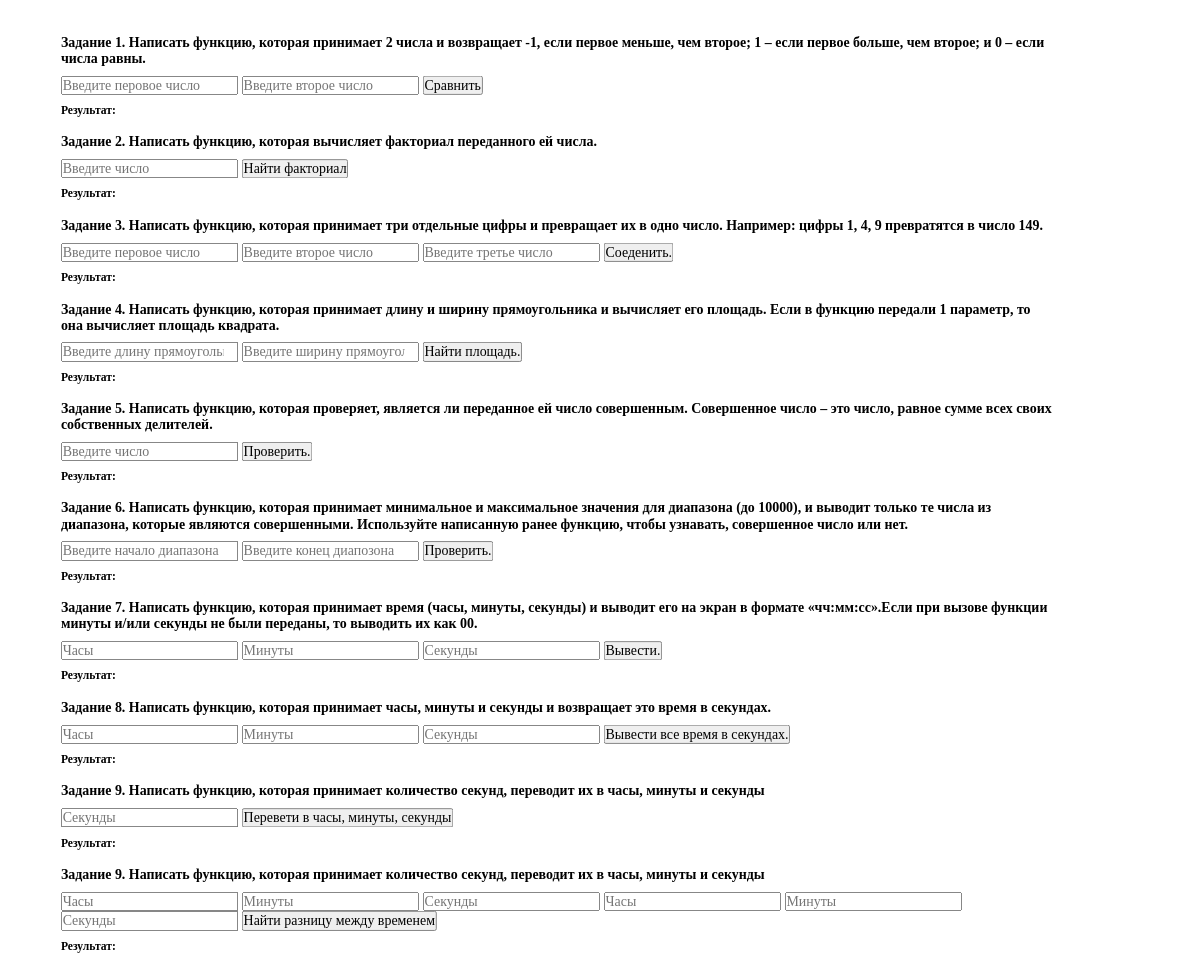
Repository: NastyaGavrilova/Beetroot-js
Page: HW3/index.html
These files come from the project's save history. The page is drawn as it stood at one moment and after the next save; the edit follows.
The browser window is 1280 px wide. The page is 1280 px wide, then 1364 px, so the pictures cover 1364 px, including what lies to the right of the window. The pictures show the whole page, at 87% of full size.

Above is the page before, as saved 2021-10-18 18:36:29.

### HW3/index.html
<!DOCTYPE html>
<html lang="en">
  <head>
    <meta charset="UTF-8" />
    <meta http-equiv="X-UA-Compatible" content="IE=edge" />
    <meta name="viewport" content="width=device-width, initial-scale=1.0" />
    <link
      rel="stylesheet"
      href="https://cdnjs.cloudflare.com/ajax/libs/normalize/8.0.1/normalize.min.css"
      integrity="sha512-NhSC1YmyruXifcj/KFRWoC561YpHpc5Jtzgvbuzx5VozKpWvQ+4nXhPdFgmx8xqexRcpAglTj9sIBWINXa8x5w=="
      crossorigin="anonymous"
      referrerpolicy="no-referrer"
    />
    <link rel="stylesheet" href="./index.css" />
    <title>Functions</title>
  </head>
  <body>
    <section class="c-task-one">
      <h4 class="c-task-one__title c-title">
        Задание 1. Написать функцию, которая принимает 2 числа и возвращает -1,
        если первое меньше, чем второе; 1 – если первое больше, чем второе; и 0
        – если числа равны.
      </h4>
      <form
        action="#"
        method="post"
        class="c-task-one__form c-form"
        id="js-task1-form"
      >
        <input
          type="number"
          id="js-task1-input1"
          placeholder="Введите перовое число"
        />
        <input
          type="number"
          id="js-task1-input2"
          placeholder="Введите второе число"
        />
        <button id="js-task1-btn">Сравнить</button>
      </form>
      <h5>Результат: <span id="js-task1-span"></span></h5>
    </section>

    <section class="c-task-two c-tasks">
      <h4 class="c-task-two__title c-title">
        Задание 2. Написать функцию, которая вычисляет факториал переданного ей
        числа.
      </h4>
      <form
        action="#"
        method="post"
        class="c-task-two__form c-form"
        id="js-task2-form"
      >
        <input type="number" id="js-task2-input1" placeholder="Введите число" />
        <button id="js-task2-btn">Найти факториал</button>
      </form>
      <h5>Результат: <span id="js-task2-span"></span></h5>
    </section>

    <section class="c-task-three c-tasks">
      <h4 class="c-task-third__title c-title">
        Задание 3. Написать функцию, которая принимает три отдельные цифры и
        превращает их в одно число. Например: цифры 1, 4, 9 превратятся в число
        149.
      </h4>
      <form
        action="#"
        method="post"
        class="c-task-two__form c-form"
        id="js-task3-form c-form"
      >
        <input
          type="number"
          id="js-task3-input1"
          placeholder="Введите перовое число"
        />
        <input
          type="number"
          id="js-task3-input2"
          placeholder="Введите второе число"
        />
        <input
          type="number"
          id="js-task3-input3"
          placeholder="Введите третье число"
        />
        <button id="js-task3-btn">Соеденить.</button>
      </form>
      <h5>Результат: <span id="js-task3-span"></span></h5>
    </section>

    <section class="c-task-four c-tasks">
      <h4 class="c-task-four__title c-title">
        Задание 4. Написать функцию, которая принимает длину и ширину
        прямоугольника и вычисляет его площадь. Если в функцию передали 1
        параметр, то она вычисляет площадь квадрата.
      </h4>
      <form
        action="#"
        method="post"
        class="c-task-four__form c-form"
        id="js-task4-form"
      >
        <input
          type="number"
          id="js-task4-input1"
          placeholder="Введите длину прямоугольника"
        />
        <input
          type="number"
          id="js-task4-input2"
          placeholder="Введите ширину прямоугольника"
        />
        <button id="js-task4-btn">Найти площадь.</button>
      </form>
      <h5>Результат: <span id="js-task4-span"></span></h5>
    </section>

    <section class="c-task-five c-tasks">
      <h4 class="c-task-five__title c-title">
        Задание 5. Написать функцию, которая проверяет, является ли переданное
        ей число совершенным. Совершенное число – это число, равное сумме всех
        своих собственных делителей.
      </h4>
      <form
        action="#"
        method="post"
        class="c-task-five__form c-form"
        id="js-task5-form"
      >
        <input type="number" id="js-task5-input1" placeholder="Введите число" />
        <button id="js-task5-btn">Проверить.</button>
      </form>
      <h5>Результат: <span id="js-task5-span"></span></h5>
    </section>

    <section class="c-task-six c-tasks">
      <h4 class="c-task-six__title c-title">
        Задание 6. Написать функцию, которая принимает минимальное и
        максимальное значения для диапазона (до 10000), и выводит только те
        числа из диапазона, которые являются совершенными. Используйте
        написанную ранее функцию, чтобы узнавать, совершенное число или нет.
      </h4>
      <form
        action="#"
        method="post"
        class="c-task-six__form c-form"
        id="js-task6-form"
      >
        <input
          type="number"
          id="js-task6-input1"
          placeholder="Введите начало диапазона"
        />
        <input
          type="number"
          id="js-task6-input2"
          placeholder="Введите конец диапозона"
        />
        <button id="js-task6-btn">Проверить.</button>
      </form>
      <h5>Результат: <span id="js-task6-span"></span></h5>
    </section>

    <section class="c-task-seven c-tasks">
      <h4 class="c-task-seven__title c-title">
        Задание 7. Написать функцию, которая принимает время (часы, минуты,
        секунды) и выводит его на экран в формате «чч:мм:сс».Если при вызове
        функции минуты и/или секунды не были переданы, то выводить их как 00.
      </h4>
      <form
        action="#"
        method="post"
        class="c-task-seven__form c-form"
        id="js-task7-form"
      >
        <input type="number" id="js-task7-input1" placeholder="Часы" />
        <input type="number" id="js-task7-input2" placeholder="Минуты" />
        <input type="number" id="js-task7-input3" placeholder="Секунды" />
        <button id="js-task7-btn">Вывести.</button>
      </form>
      <h5>Результат: <span id="js-task7-span"></span></h5>
    </section>

    <section class="c-task-eight c-tasks">
      <h4 class="c-task-eight__title c-title">
        Задание 8. Написать функцию, которая принимает часы, минуты и секунды и
        возвращает это время в секундах.
      </h4>
      <form
        action="#"
        method="post"
        class="c-task-eight__form c-form"
        id="js-task8-form"
      >
        <input type="number" id="js-task8-input1" placeholder="Часы" />
        <input type="number" id="js-task8-input2" placeholder="Минуты" />
        <input type="number" id="js-task8-input3" placeholder="Секунды" />
        <button id="js-task8-btn">Вывести все время в секундах.</button>
      </form>
      <h5>Результат: <span id="js-task8-span"></span></h5>
    </section>
    <section class="c-task-nine c-tasks">
      <h4 class="c-task-nine__title c-title">
        Задание 9. Написать функцию, которая принимает количество секунд,
        переводит их в часы, минуты и секунды
      </h4>
      <form
        action="#"
        method="post"
        class="c-task-nine__form c-form"
        id="js-task9-form"
      >
        <input type="number" id="js-task9-input1" placeholder="Секунды" />
        <button id="js-task9-btn">Перевети в часы, минуты, секунды</button>
      </form>
      <h5>Результат: <span id="js-task9-span"></span></h5>
    </section>

    <section class="c-task-ten c-tasks">
      <h4 class="c-task-ten__title c-title">
        Задание 9. Написать функцию, которая принимает количество секунд,
        переводит их в часы, минуты и секунды
      </h4>
      <form
        action="#"
        method="post"
        class="c-task-ten__form c-form"
        id="js-task10-form"
      >
        <input type="number" id="js-task10-input1" placeholder="Часы" />
        <input type="number" id="js-task10-input2" placeholder="Минуты" />
        <input type="number" id="js-task10-input3" placeholder="Секунды" />
        <input type="number" id="js-task10-input4" placeholder="Часы" />
        <input type="number" id="js-task10-input5" placeholder="Минуты" />
        <input type="number" id="js-task10-input6" placeholder="Секунды" />
        <button id="js-task10-btn">Найти разницу между временем</button>
      </form>
      <h5>Результат: <span id="js-task10-span"></span></h5>
    </section>
    <script src="./index.js"></script>
  </body>
</html>

### HW3/index.css
* {
  box-sizing: border-box;
  padding: 0;
  margin: 0;
}

body {
  max-width: 1200px;
  margin: 0 auto;
}
.c-task-one {
  padding: 40px 30px 20px 30px;
}

.c-tasks {
  padding: 0 30px 20px 30px;
}
.c-title {
  margin-bottom: 10px;
}
.c-form {
  margin-bottom: 10px;
}

### HW3/index.js
// const log = console.log;
// Task 1
let btn1 = document.getElementById("js-task1-btn");
btn1.addEventListener("click", (e) => {
  e.preventDefault();
  let task = document.getElementById("js-task1-input1");
  let task1 = document.getElementById("js-task1-input2");
  let span1 = document.getElementById("js-task1-span");
  let one = 1;
  let minusOne = -1;
  let zero = 0;
  if (task.value < task1.value) {
    return (span1.innerHTML = minusOne);
  } else if (task.value > task1.value) {
    return (span1.innerHTML = one);
  } else if (task.value == task1.value) {
    return (span1.innerHTML = zero);
  }
});

// task 2
let btn2 = document.getElementById("js-task2-btn");
btn2.addEventListener("click", (e) => {
  e.preventDefault();
  let task2 = document.getElementById("js-task2-input1");
  let span2 = document.getElementById("js-task2-span");
  let total = 1;
  for (i = task2.value; i > 1; i--) {
    total *= i;
  }
  return (span2.innerHTML = total);
});

// task 3
let btn3 = document.getElementById("js-task3-btn");
btn3.addEventListener("click", (e) => {
  e.preventDefault();
  let task3 = document.getElementById("js-task3-input1");
  let task3_1 = document.getElementById("js-task3-input2");
  let task3_2 = document.getElementById("js-task3-input3");
  let span3 = document.getElementById("js-task3-span");
  if (isNaN(task3.value, task3_1.value, task3_2.value)) {
    return (span3.innerHTML = "Введеное число не цифра");
  }
  return (span3.innerHTML = `${task3.value}${task3_1.value}${task3_2.value}`);
});

// task 4

let btn4 = document.getElementById("js-task4-btn");
btn4.addEventListener("click", (e) => {
  e.preventDefault();
  let task4 = document.getElementById("js-task4-input1");
  let task4_1 = document.getElementById("js-task4-input2");
  let span4 = document.getElementById("js-task4-span");
  let result;
  if (task4.value != "" && task4_1.value != "") {
    result = task4.value * task4_1.value;
    return (span4.innerHTML = result);
  } else if (task4.value != "" && task4_1.value == "") {
    result = Math.pow(task4.value, 2);
    return (span4.innerHTML = result);
  } else if (task4.value == "" && task4_1.value != "") {
    result = Math.pow(task4_1.value, 2);
    return (span4.innerHTML = result);
  }
});

// task 5

btn5 = document.getElementById("js-task5-btn");
btn5.addEventListener("click", (e) => {
  e.preventDefault();
  let task5 = document.getElementById("js-task5-input1");
  let span5 = document.getElementById("js-task5-span");
  let num = task5.value;
  let sum = 0;
  for (var i = 1; i <= num - 1; i++) {
    if (num % i === 0) {
      sum += i;
    }
  }
  if (sum == num) {
    return (span5.innerHTML = `Число ${num} совершенное`);
  } else {
    return (span5.innerHTML = `Число ${num} не совершенное`);
  }
});

// task 6

let btn6 = document.getElementById("js-task6-btn");
btn6.addEventListener("click", (e) => {
  e.preventDefault();
  let task6 = document.getElementById("js-task6-input1");
  let task6_1 = document.getElementById("js-task6-input2");
  let span6 = document.getElementById("js-task6-span");
  let num6 = task6.value;
  let num6_1 = task6_1.value;
  let result = [];

  for (let i = num6; i < num6_1; i++) {
    sum = 0;
    for (let n = 1; n <= i / 2; n++) {
      if (i % n === 0) sum += n;
    }
    if (i === sum) result.push(i);
  }
  return (span6.innerHTML = result);
});

//task 7

let btn7 = document.getElementById("js-task7-btn");
btn7.addEventListener("click", (e) => {
  e.preventDefault();

  let task7 = document.getElementById("js-task7-input1");
  let task7_1 = document.getElementById("js-task7-input2");
  let task7_2 = document.getElementById("js-task7-input3");
  let span7 = document.getElementById("js-task7-span");

  if (task7.value != "" && task7_1.value != "" && task7_2.value != "") {
    return (span7.innerHTML = `«${task7.value}:${task7_1.value}:${task7_2.value}»`);
  } else if (task7.value != "" && task7_1.value != "" && task7_2.value == "") {
    return (span7.innerHTML = `«${task7.value}:${task7_1.value}:00»`);
  } else if (task7.value != "" && task7_1.value == "" && task7_2.value != "") {
    return (span7.innerHTML = `«${task7.value}:00:${task7_2.value}»`);
  } else if (task7.value != "" && task7_1.value == "" && task7_2.value == "") {
    return (span7.innerHTML = `«${task7.value}:00:00»`);
  }
});

// task 8

let btn8 = document.getElementById("js-task8-btn");
btn8.addEventListener("click", (e) => {
  e.preventDefault();
  let task8 = document.getElementById("js-task8-input1");
  let hour = task8.value;
  let task8_1 = document.getElementById("js-task8-input2");
  let minutes = task8_1.value;
  let task8_2 = document.getElementById("js-task8-input3");
  let sec = task8_2.value;
  let span8 = document.getElementById("js-task8-span");

  let result = hour * 3600 + minutes * 60 + sec * 1;
  console.log(result);
  return (span8.innerHTML = result + " секунд");
});

// 9

let btn9 = document.getElementById("js-task9-btn");
btn9.addEventListener("click", (e) => {
  e.preventDefault();
  let task9 = document.getElementById("js-task9-input1");
  let span9 = document.getElementById("js-task9-span");
  let num9 = Number(task9.value);
  let h = Math.floor(num9 / 3600);
  let m = Math.floor((num9 % 3600) / 60);
  let s = Math.floor((num9 % 3600) % 60);

  let hDisplay = h > 0 ? h + ":" : "";
  let mDisplay = m > 0 ? m + ":" : "";
  let sDisplay = s > 0 ? s : "";

  return (span9.innerHTML = "«" + hDisplay + mDisplay + sDisplay + "»");
});

After the next save:
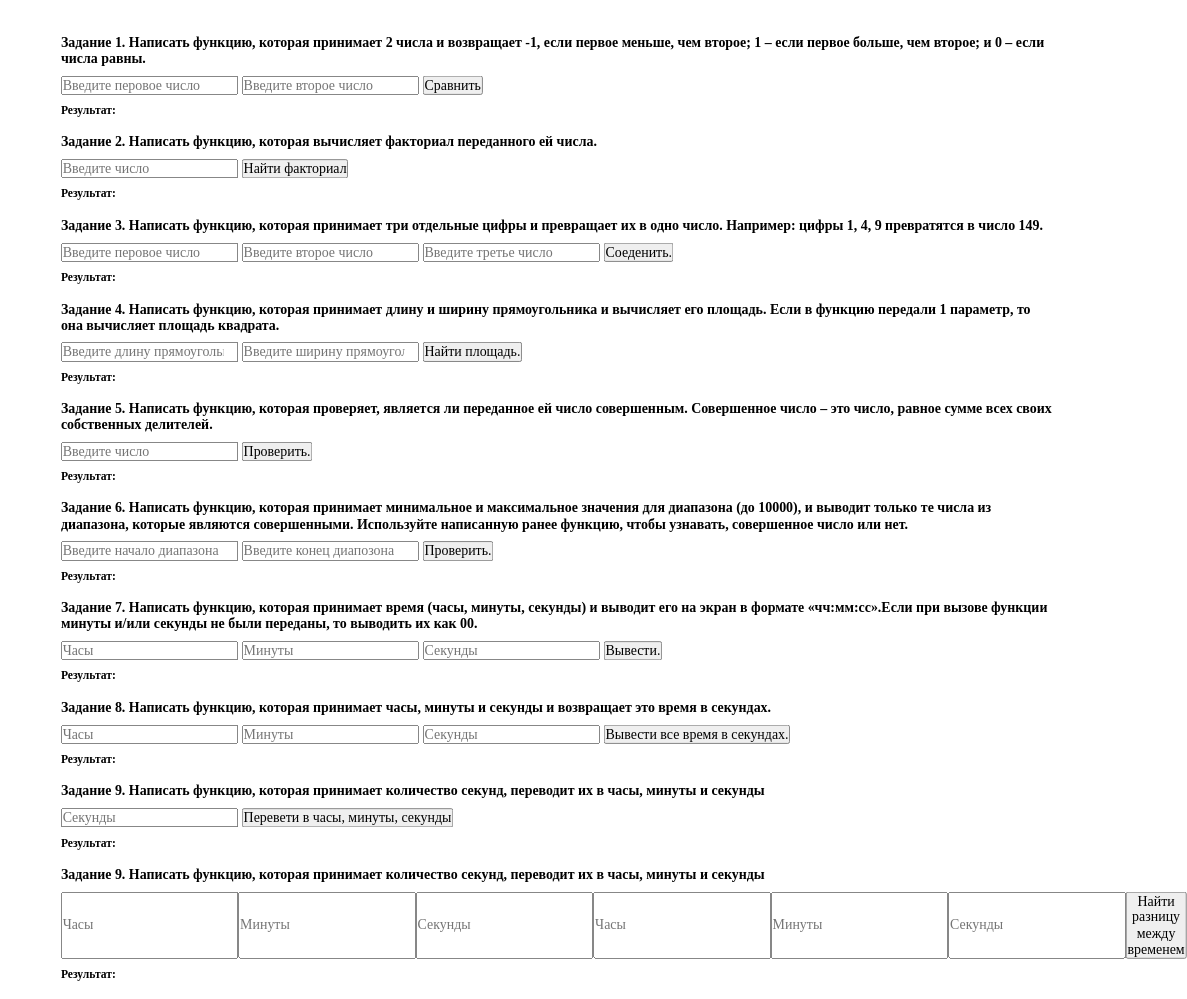
Saved 32 s later.
--- a/HW3/index.css
+++ b/HW3/index.css
@@ -21,3 +21,6 @@ body {
 .c-form {
   margin-bottom: 10px;
 }
+#js-task10-form {
+  display: flex;
+}
